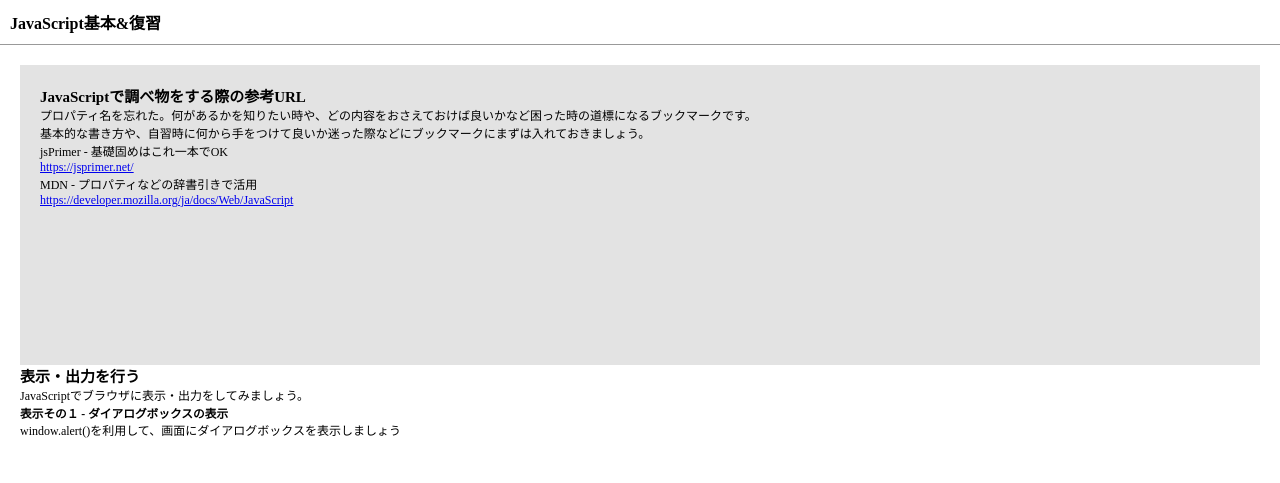
Repository: Yuto-Arakawa/study_js
Page: 01_basic/荒川/ara_basic01.html
These files come from the project's save history. The page is drawn as it stood at one moment and after the next save; the edit follows.
The browser window is 1280 px wide. The pictures show the whole page.

Above is the page before, as saved 2026-11-06 14:54:37.

After the next save:
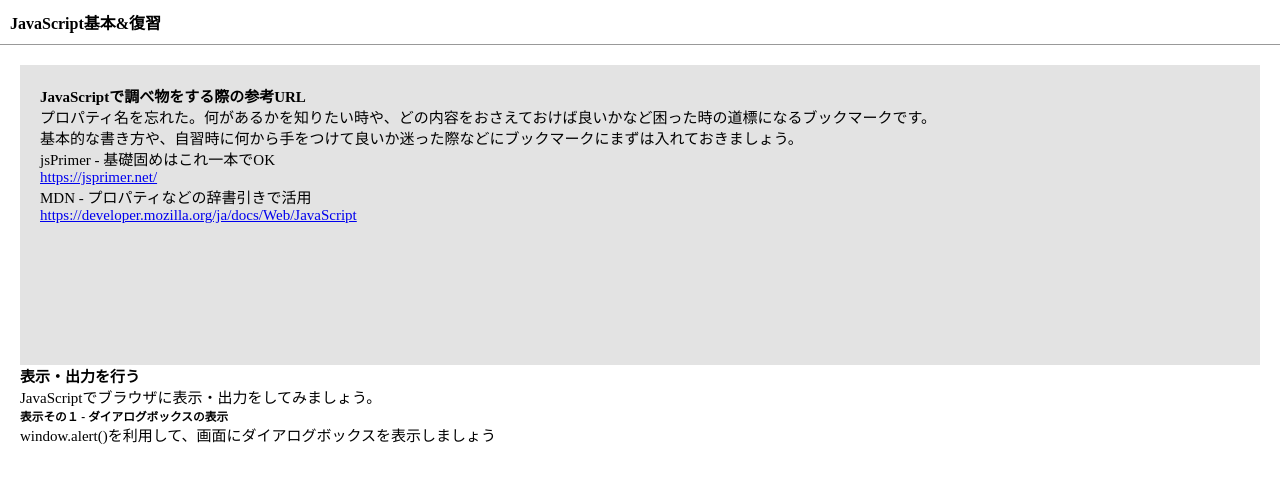
Saved 12 s later.
--- a/01_basic/荒川/css/basic01.css
+++ b/01_basic/荒川/css/basic01.css
@@ -11,7 +11,7 @@ header{
 main{
     padding: 20px;
     p{
-        font-size: 12px;
+        font-size: 15px;
     }
 }
 
